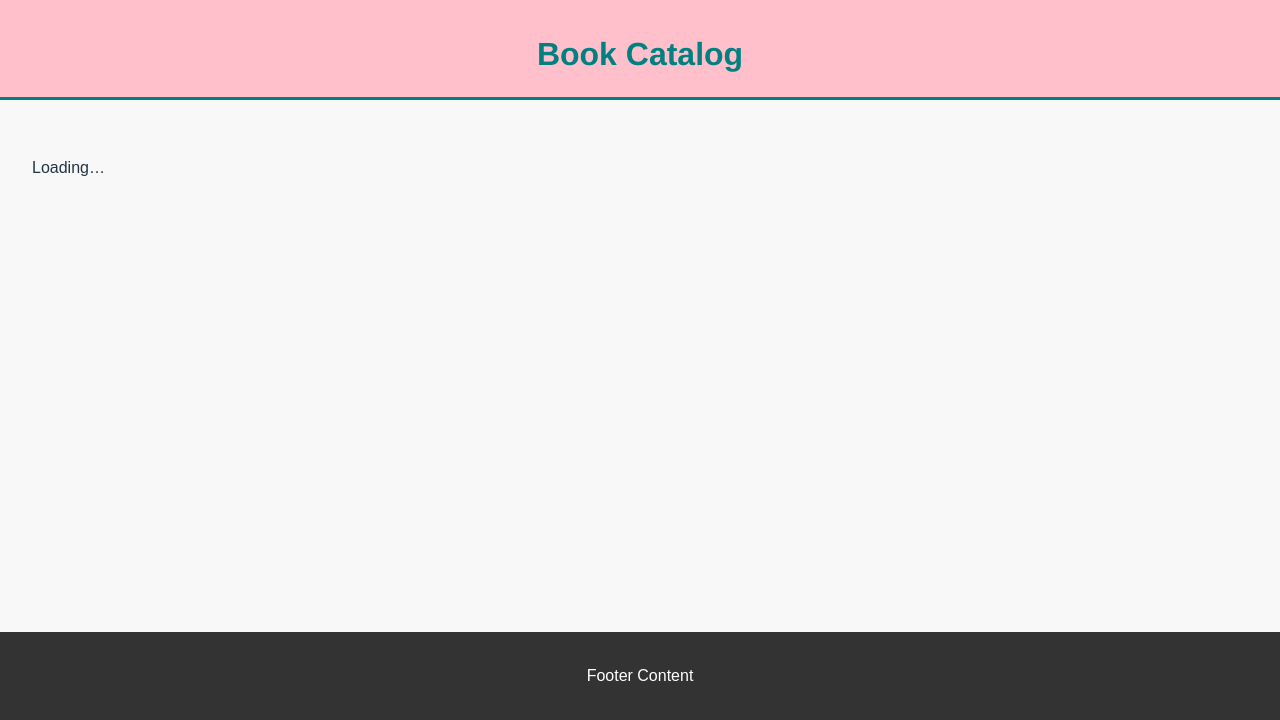
Repository: primcharlin/COMP3170_Lab_Assignment_Components
Page: /
An editor plug-in stored every save of this project. The page is shown before and after the next save, followed by the edit.
The browser window is 1280 px wide. The pictures show the whole page.
The page's requests for data from a server got no answer. The project was rebuilt for these pictures with package versions that can differ from the ones it lists, and the page was loaded fresh each time. No one was signed in, and anything a server would have sent is missing. Also part of the build but not shown: vite.config.js.

Above is the page before, as saved 2025-09-12 03:44:24.

### index.html
<!DOCTYPE html>
<html lang="en">
    <head>
        <meta charset="UTF-8" />
        <link
            rel="icon"
            type="image/svg+xml"
            href="/vite.svg" />
        <meta
            name="viewport"
            content="width=device-width, initial-scale=1.0" />
        <title>Book Catalog</title>
    </head>
    <body>
        <div id="root"></div>
        <script
            type="module"
            src="/src/main.jsx"></script>
    </body>
</html>

### src/App.jsx
// import { useState } from "react";
// import "./App.css";

// function App() {
//     const [count, setCount] = useState(0);
//     return (
//         <>
//             <div class='app-header'>
//                 <h1>Book Catalog</h1>
//             </div>

// <div class="content">
//       <div class="btn-plus">::after</div>
//       <div class="book">
//         <div class="image">
//           <img src="https://itbook.store/img/books/9781912047420.png" alt="Book Cover" />
//         </div>
//       </div>
// </div>

// <div class="footer">
//     <p>Footer Content</p>
// </div>

//         </>
//     );
// }

// export default App;

import { useEffect, useState } from "react";
import "./App.css";

export default function App() {
    const [books, setBooks] = useState([]);

    useEffect(() => {
        async function fetchBooks() {
            try {
                const res = await fetch(
                    "https://api.itbook.store/1.0/search/react"
                );
                const json = await res.json();
                console.log(json); // Add this line
                setBooks(json.books.slice(0, 2));
            } catch (e) {
                console.error(e);
            }
        }
        fetchBooks();
    }, []);

    return (
        <div className='app'>
            <header className='app-header'>
                <h1>Book Catalog</h1>
            </header>

            <div className='content'>
                {books.length === 0 ? (
                    <p>Loading…</p>
                ) : (
                    <div className='grid'>
                        <div className='btn-plus'>::after</div>
                        {books.map((b) => (
                            <a
                                key={b.isbn13}
                                className='book normal'
                                href={b.url}
                                target='_blank'
                                rel='noopener noreferrer'
                                style={{
                                    textDecoration: "none",
                                    color: "inherit",
                                }}>
                                <div className='image'>
                                    <img
                                        src={b.image}
                                        alt={b.title}
                                    />
                                </div>
                                <div className='meta'>
                                    <h3 className='title'>{b.title}</h3>
                                    {b.subtitle && (
                                        <p className='subtitle'>{b.subtitle}</p>
                                    )}
                                    <p className='price'>{b.price}</p>
                                </div>
                            </a>
                        ))}
                    </div>
                )}
            </div>

            <footer className='footer'>
                <p>Footer Content</p>
            </footer>
        </div>
    );
}

### src/App.css
/* * {
    box-sizing: border-box;
}

div {
    display: block;
    unicode-bidi: isolate;
}

.app-header {
    position: fixed;
    top: 0;
    left: 0;
    width: 100vw;
    z-index: 1000;
    padding: 1em;
    color: teal;
    background: pink;
    border-bottom: 5px solid black;
    box-sizing: border-box;
    text-align: center;
    font-family: Helvetica, sans-serif;
}

h1 {
    display: block;
    font-size: 2em;
    margin-block-start: 0.67em;
    margin-block-end: 0.67em;
    margin-inline-start: 0px;
    margin-inline-end: 0px;
    font-weight: bold;
    unicode-bidi: isolate;
}

.book .image img {
    width: 100%;
}

img {
    overflow-clip-margin: content-box;
    overflow: clip;
} */

/* Layout basics */
/* App.css */

.app {
    font-family: Arial, sans-serif;
    background: #f8f8f8;
    min-height: 100vh;
    display: flex;
    flex-direction: column;
}

.app-header {
    position: fixed;
    top: 0;
    left: 0;
    width: 100vw;
    height: 100px;
    z-index: 1000;
    padding: 1em;
    color: teal;
    background: pink;
    border-bottom: 3px solid teal;
    box-sizing: border-box;
    text-align: center;
    font-family: Helvetica, sans-serif;
}

h1 {
    display: block;
    font-size: 2em;
    margin-block-start: 0.67em;
    margin-block-end: 0.67em;
    margin-inline-start: 0px;
    margin-inline-end: 0px;
    font-weight: bold;
    unicode-bidi: isolate;
}

.content {
    width: 100vw;
    flex: 1;
    display: grid;
    grid-template-columns: 1fr 1fr;
    gap: 2rem;
    padding: 0 2em;
    padding-top: 140px;
    padding-bottom: 2em;
    box-sizing: border-box;
}

@media (max-width: 800px) {
    .content {
        display: flex;
        flex-wrap: wrap;
        gap: 20px;
        padding: 0 2em;
        flex: 1;
    }
}

.btn-plus {
    position: relative;
    width: 200px;
    height: 300px;
    background: #fff;
    cursor: pointer;
    border: 5px solid #ccc;
    border-radius: 10px;
}

.btn-plus:hover {
    transform: translateY(-4px);
}

.btn-plus:after {
    content: "new";
    transform: translate(-50%, -50%);
    color: #ccc;
    font-size: 2rem;
    font-weight: 700;
    position: absolute;
    top: 50%;
    left: 50%;
    text-transform: capitalize;
    transition: transform 0.2s ease;
}

.grid {
    display: grid;
    grid-template-columns: repeat(auto-fit, minmax(200px, 1fr));
    gap: 2rem;
    width: 100%;
}

.book {
    background: white;
    border-radius: 10px;
    overflow: hidden;
    box-shadow: 0 4px 10px rgba(0, 0, 0, 0.1);
    display: flex;
    flex-direction: column;
    transition: transform 0.2s ease;

    position: relative;
    width: 200px;
    height: 300px;
    padding: 0.4rem;
    border: 1px solid #3a4660;
}
.book:hover {
    transform: translateY(-4px);
}

.book.normal .image img {
    width: 100%;
    height: auto;
    object-fit: cover;
}

.meta {
    padding: 1rem;
}

.title {
    margin: 0 0 0.5rem;
    font-size: 1.4rem;
    font-weight: bold;
    color: #222;
}

.subtitle {
    font-size: 1rem;
    color: #555;
    margin-bottom: 0.5rem;
}

.price {
    font-weight: bold;
    color: #008000;
}

.footer {
    background: #333;
    color: white;
    text-align: center;
    padding: 1rem;
}

Loaded but not shown: src/main.jsx (common file); src/index.css (common file)

After the next save:
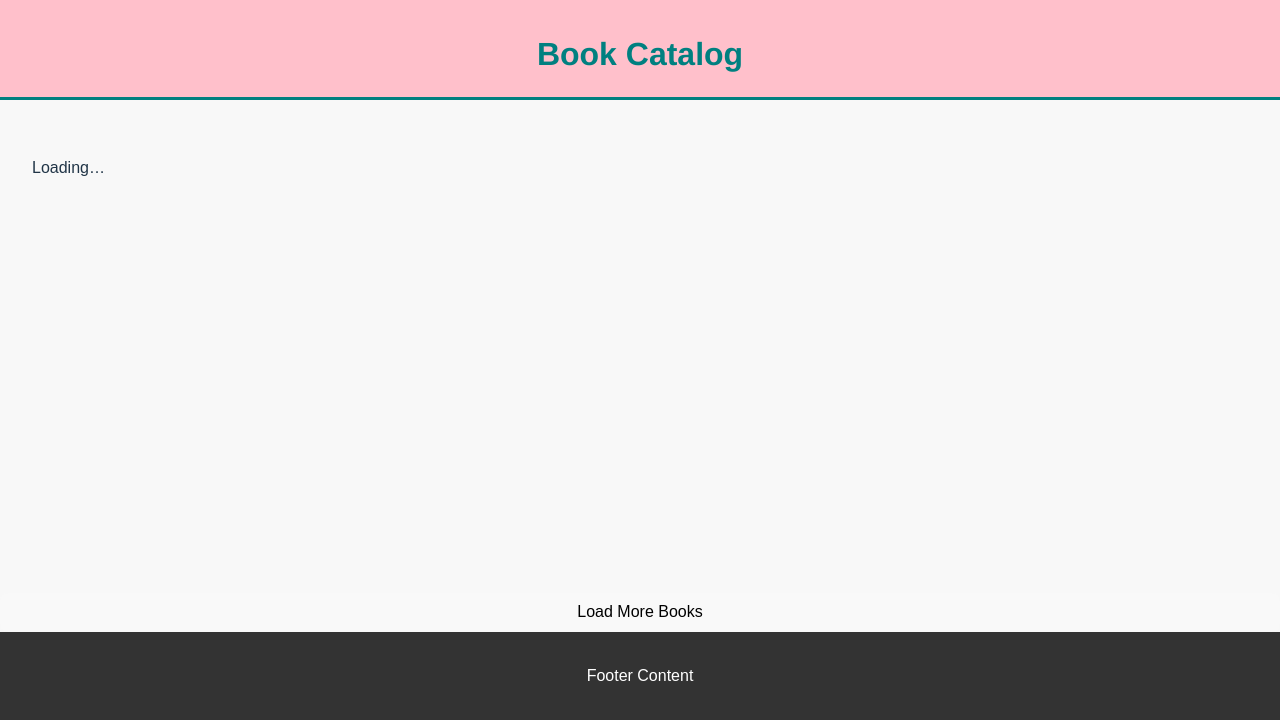
Saved 2 min 6 s later.
--- a/src/App.jsx
+++ b/src/App.jsx
@@ -33,6 +33,7 @@
 
 export default function App() {
     const [books, setBooks] = useState([]);
+    const [visibleCount, setVisibleCount] = useState(2); // Start with 2 books
 
     useEffect(() => {
         async function fetchBooks() {
@@ -41,14 +42,19 @@
                     "https://api.itbook.store/1.0/search/react"
                 );
                 const json = await res.json();
-                console.log(json); // Add this line
-                setBooks(json.books.slice(0, 2));
+                setBooks(json.books);
             } catch (e) {
                 console.error(e);
             }
         }
         fetchBooks();
     }, []);
+
+    const handleAddBook = () => {
+        setVisibleCount((count) =>
+            count < books.length ? count + 1 : count
+        );
+    };
 
     return (
         <div className='app'>
@@ -62,7 +68,7 @@
                 ) : (
                     <div className='grid'>
                         <div className='btn-plus'>::after</div>
-                        {books.map((b) => (
+                        {books.slice(0, visibleCount).map((b) => (
                             <a
                                 key={b.isbn13}
                                 className='book normal'
@@ -92,6 +98,8 @@
                 )}
             </div>
 
+            <button onClick={handleAddBook}>Load More Books</button>
+
             <footer className='footer'>
                 <p>Footer Content</p>
             </footer>

After the 2 saves that followed:
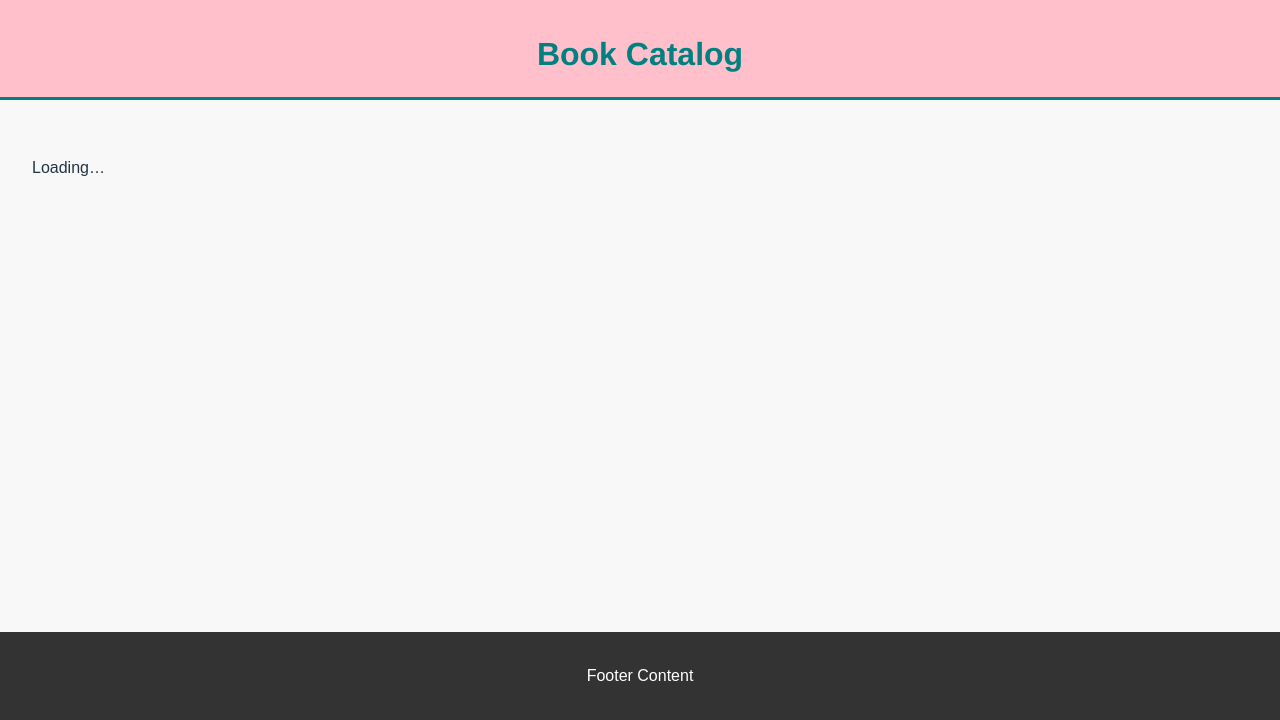
The 2 saves are shown as one change because 1 left the picture as it was.
The last was saved 55 s later.
--- a/src/App.jsx
+++ b/src/App.jsx
@@ -33,7 +33,6 @@
 
 export default function App() {
     const [books, setBooks] = useState([]);
-    const [visibleCount, setVisibleCount] = useState(2); // Start with 2 books
 
     useEffect(() => {
         async function fetchBooks() {
@@ -42,19 +41,14 @@
                     "https://api.itbook.store/1.0/search/react"
                 );
                 const json = await res.json();
-                setBooks(json.books);
+                console.log(json); // Add this line
+                setBooks(json.books.slice(0, 2));
             } catch (e) {
                 console.error(e);
             }
         }
         fetchBooks();
     }, []);
-
-    const handleAddBook = () => {
-        setVisibleCount((count) =>
-            count < books.length ? count + 1 : count
-        );
-    };
 
     return (
         <div className='app'>
@@ -68,7 +62,7 @@
                 ) : (
                     <div className='grid'>
                         <div className='btn-plus'>::after</div>
-                        {books.slice(0, visibleCount).map((b) => (
+                        {books.map((b) => (
                             <a
                                 key={b.isbn13}
                                 className='book normal'
@@ -98,8 +92,6 @@
                 )}
             </div>
 
-            <button onClick={handleAddBook}>Load More Books</button>
-
             <footer className='footer'>
                 <p>Footer Content</p>
             </footer>
